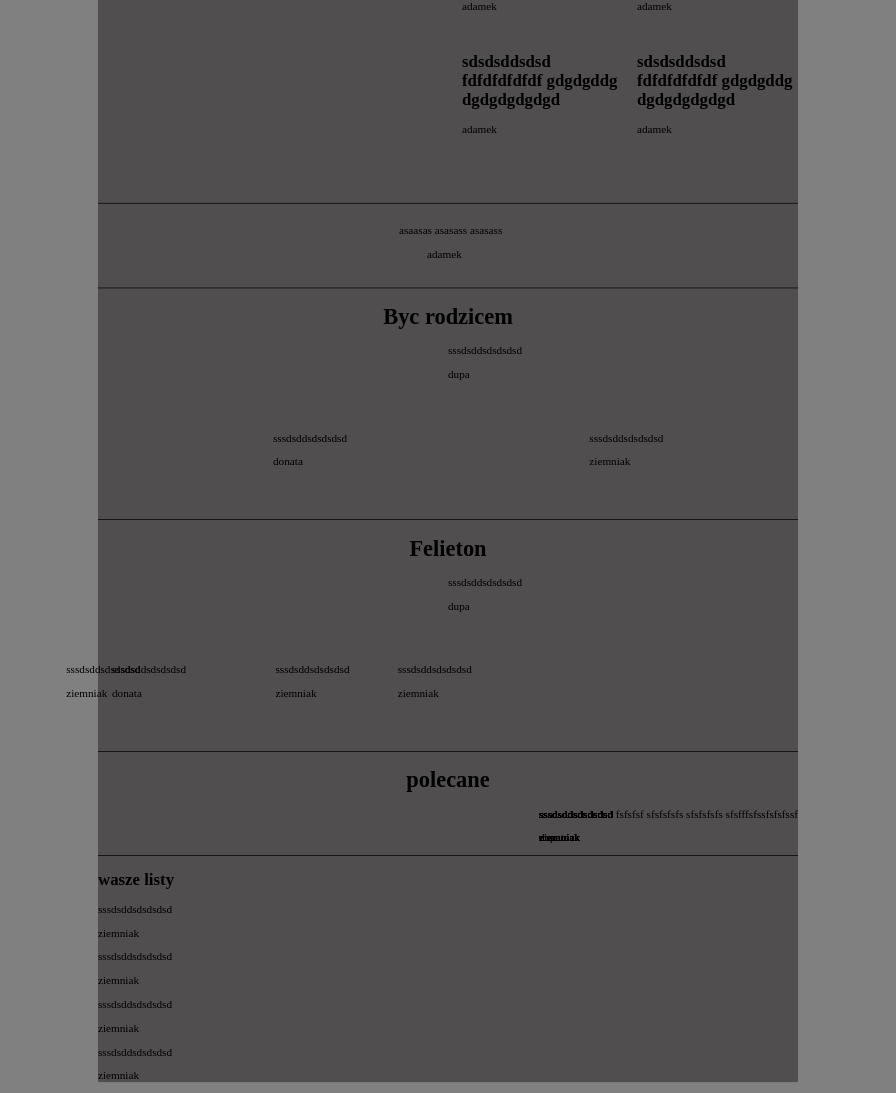
Repository: kq333/pitupitu.pl
Page: index.html
An editor plug-in stored every save of this project. The page is shown before and after the next save, followed by the edit.
The browser window is 1280 px wide. The pictures show the part of the page from y = 687 to 2607 px (the page is 2249 px tall before and 2607 px after), at 70% of full size.
The style sheet was rebuilt from its Sass, Less or Tailwind sources for each picture, by a compiler version that may differ from the author's.

Above is the page before, as saved 2020-11-04 10:54:00.

After the next save:
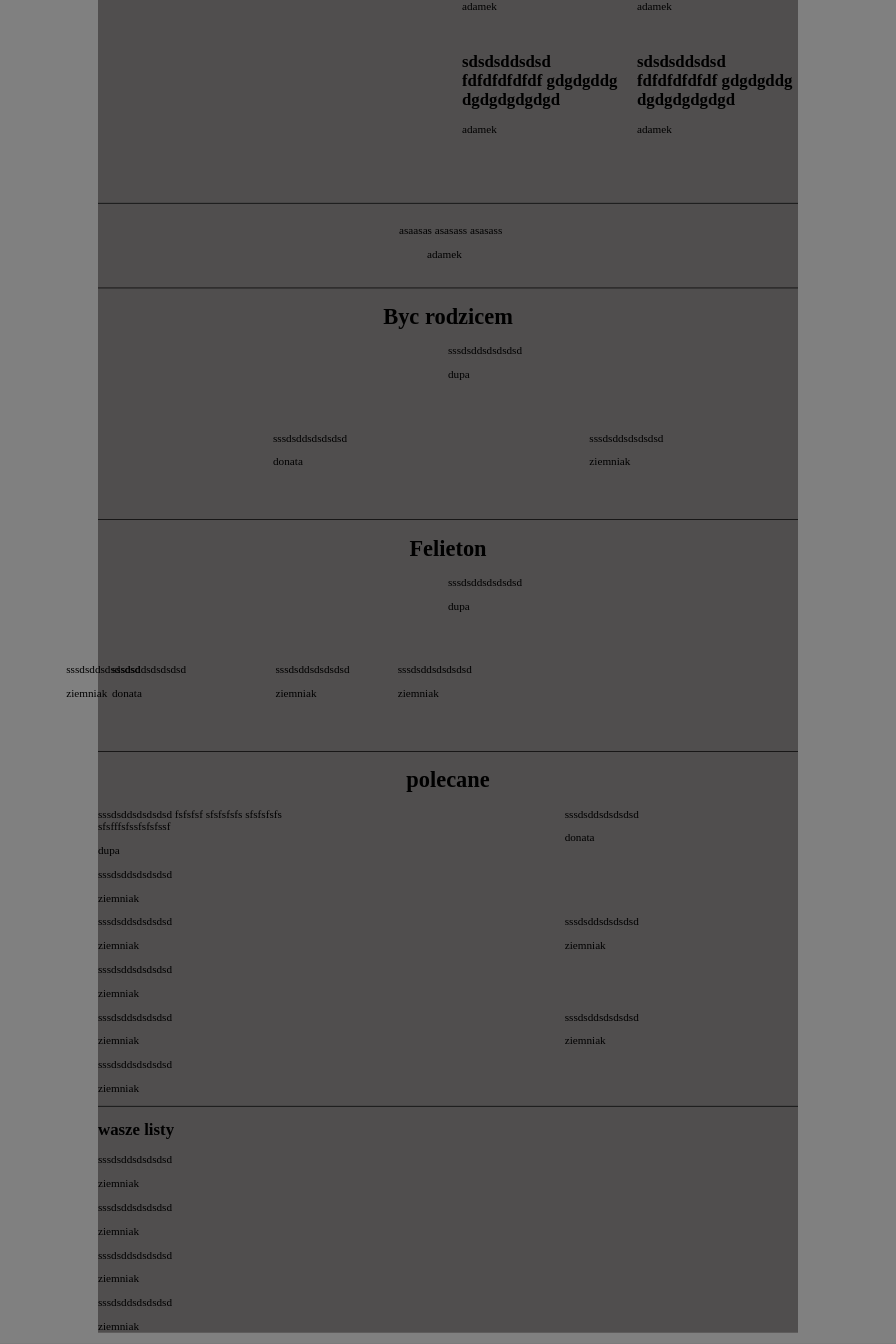
Saved 3 min 41 s later.
--- a/style/style.scss
+++ b/style/style.scss
@@ -158,10 +158,11 @@ body{
     grid-template-columns: repeat(3, 1fr);
     grid-template-areas: " art18 .  art19"
                          " art20 .  art19"
-                         " art22 art22 art23"
-                         " art24 art24 art25"
-                         " art26 art26 art27"
-                         "";
+                         " art21 . art22"
+                         " art23 . art22"
+                         " art24 . art25"
+                         " art26 . art25"
+                         ;
 
 
 
